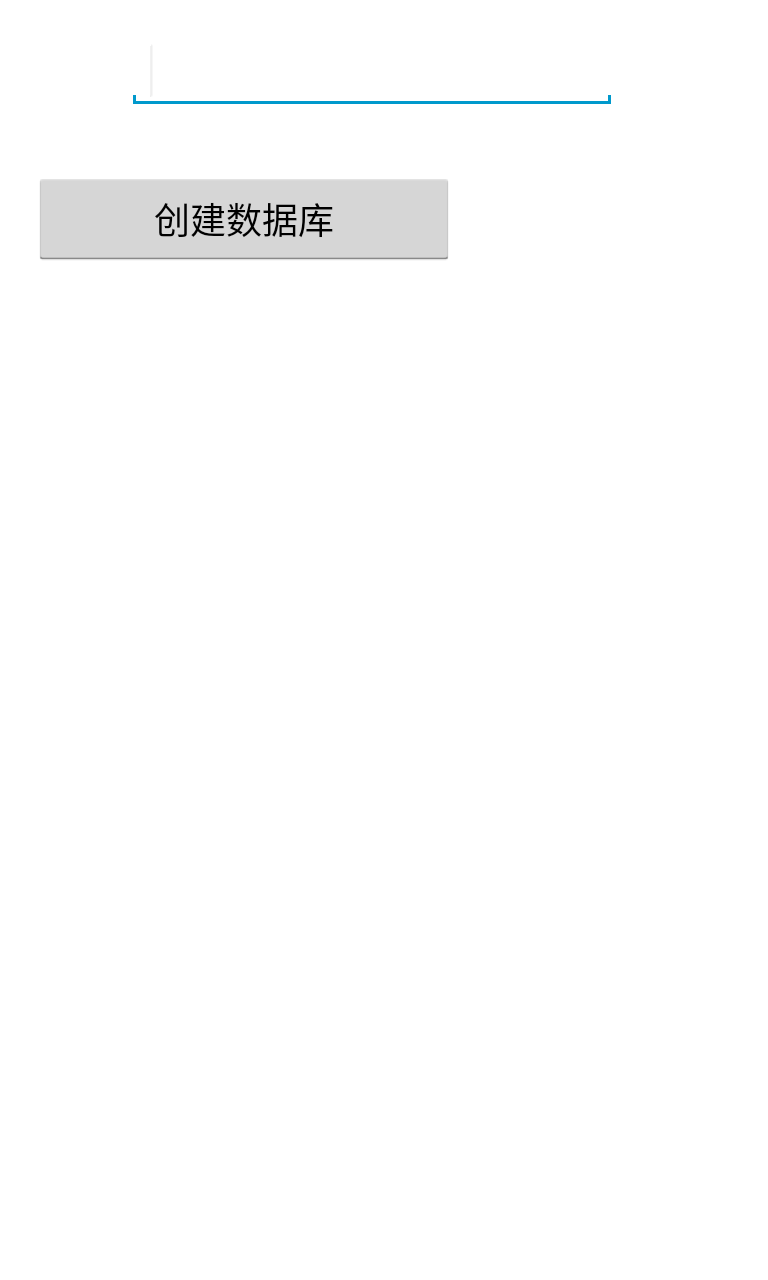
Repository: moetmd/learning-Android
Layout: SQLite/res/layout/activity_main.xml
These files come from the project's save history. The layout is drawn as it stood at one moment and after the next save; the edit follows.
It is drawn on a 768 x 1280 px phone screen (xhdpi) without system bars, with theme AppTheme; the app's code is not run.

Above is the layout before, as saved 2014-11-18 08:51:04.

### SQLite/res/layout/activity_main.xml
<RelativeLayout xmlns:android="http://schemas.android.com/apk/res/android"
    xmlns:tools="http://schemas.android.com/tools"
    android:layout_width="match_parent"
    android:layout_height="match_parent"
    android:paddingBottom="@dimen/activity_vertical_margin"
    android:paddingLeft="@dimen/activity_horizontal_margin"
    android:paddingRight="@dimen/activity_horizontal_margin"
    android:paddingTop="@dimen/activity_vertical_margin"
    tools:context="com.niit.sqlite.MainActivity$PlaceholderFragment" >

    <LinearLayout
        android:id="@+id/linearLayout1"
        android:layout_width="fill_parent"
        android:layout_height="fill_parent"
        android:layout_alignParentLeft="true"
        android:layout_alignParentTop="true"
        android:orientation="vertical" >

        <EditText
            android:id="@+id/et_dbname"
            android:layout_width="246dp"
            android:layout_height="wrap_content"
            android:layout_marginLeft="47dp"
            android:ems="10" >

            <requestFocus />
        </EditText>

        <Button
            android:id="@+id/bt_createdb"
            android:layout_width="212dp"
            android:layout_height="wrap_content"
            android:layout_marginTop="30dp"
            android:text="创建数据库" />

    </LinearLayout>


</RelativeLayout>

Loaded but not shown: SQLite/res/values/styles.xml (common file); SQLite/res/values-v11/styles.xml (common file); SQLite/res/values-v14/styles.xml (common file); SQLite/res/values/dimens.xml (common file); SQLite/res/values-w820dp/dimens.xml (common file)

After the next save:
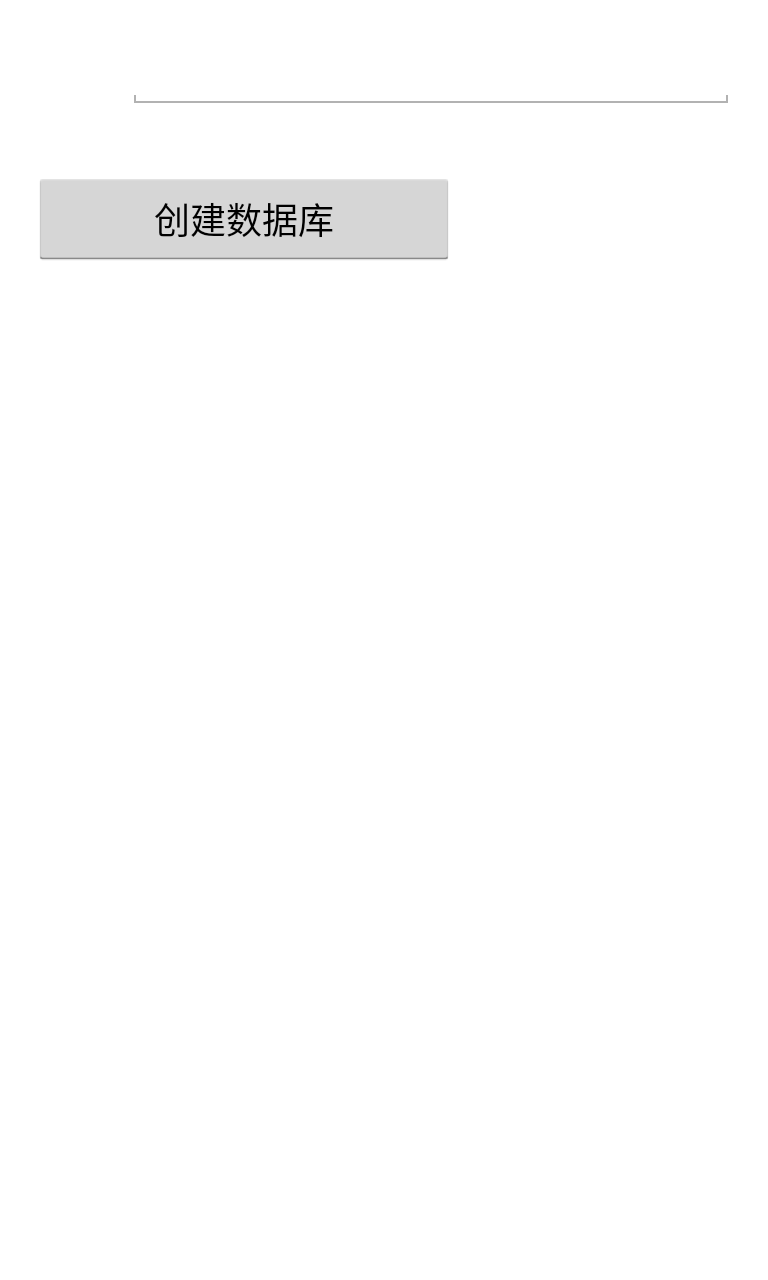
Saved 26 s later.
--- a/SQLite/res/layout/activity_main.xml
+++ b/SQLite/res/layout/activity_main.xml
@@ -18,13 +18,10 @@
 
         <EditText
             android:id="@+id/et_dbname"
-            android:layout_width="246dp"
+            android:layout_width="fill_parent"
             android:layout_height="wrap_content"
             android:layout_marginLeft="47dp"
-            android:ems="10" >
-
-            <requestFocus />
-        </EditText>
+            android:ems="10" />
 
         <Button
             android:id="@+id/bt_createdb"
